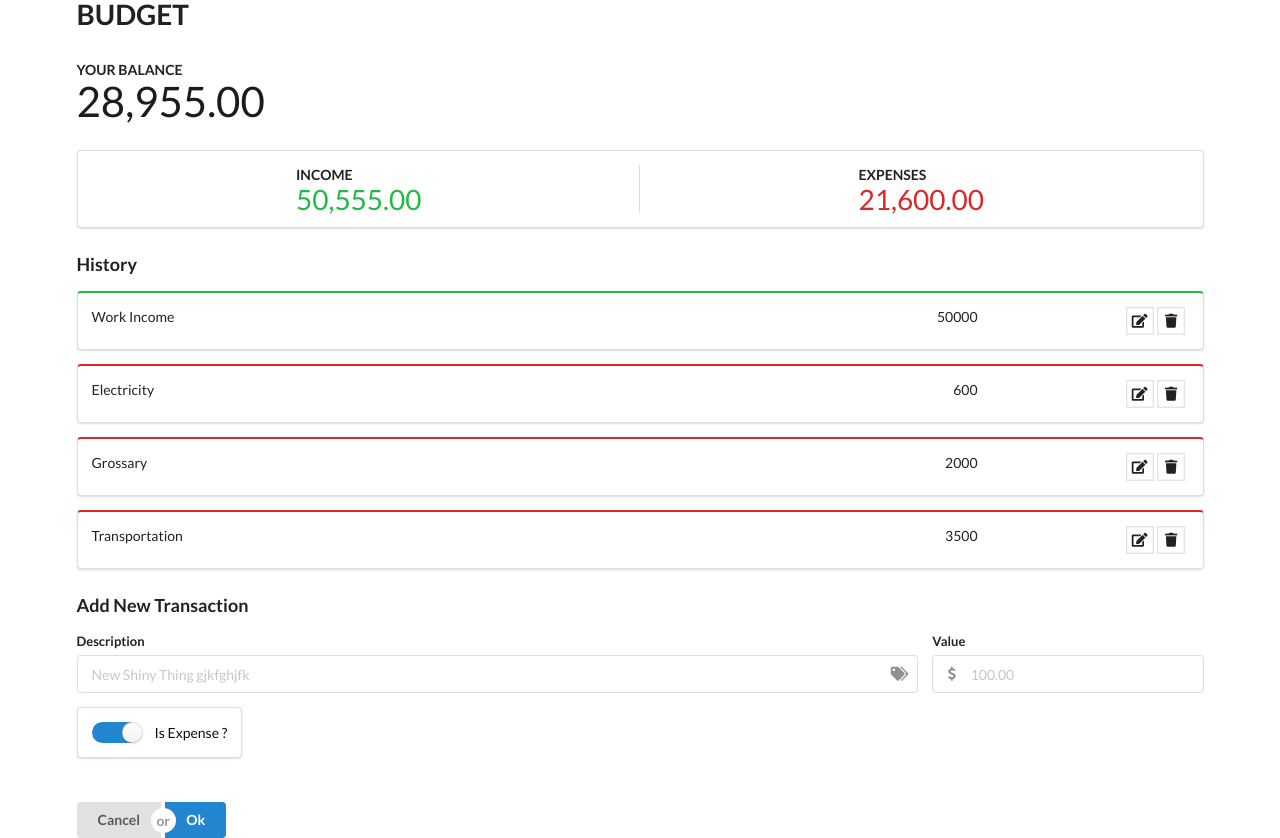
Repository: farrdy/budgets-react
Page: /
An editor plug-in stored every save of this project. The page is shown before and after the next save, followed by the edit.
The browser window is 1280 px wide. The pictures show the whole page.
The project was rebuilt for these pictures with package versions that can differ from the ones it lists, and the page was loaded fresh each time. Also part of the build but not shown: src/components/ModalEdit.js.

Above is the page before, as saved 2022-03-20 20:20:23.

### src/App.js
import {Container, Header } from 'semantic-ui-react';
import MainHeader from './components/MainHeader';
import NewEntryForm from './components/NewEntryForm';
import DisplayBalance from './components/DisplayBalance'
import DisplayBalances from './components/DisplayBalances';
import { useState } from 'react';
import EntryLines from './components/EntryLines';
import ModalEdit from './components/ModalEdit';

function App() {

 const [entries, setEntries]=useState(initialEntries)

 function deleteEntry(id) {
  const result=entries.filter(entry=>entry.id!==id)
  setEntries(result);
}
function addEntry(Description, Value, isExpense){
  const result=  entries.concat({id: entries.length+1,
     Description:Description,
     Value:Value,
     isExpense
    });

      console.log(`result`, result);
      console.log(`entries`, entries);
     setEntries(result);
}
  return (
    <Container>
      <MainHeader />
      <DisplayBalance title="Your Balance" Value="28,955.00" Color="black" size="small" />
      <DisplayBalances/>
      <Header as='h3'>History</Header>
      <EntryLines entries={entries} deleteEntry={deleteEntry}/>
      <Header as='h3'>
        Add New Transaction
      </Header>
      <NewEntryForm addEntry={addEntry} />
    </Container>

  );
}

export default App;

var initialEntries=[
  {
    id:1,
    Description:'Work Income',
    Value:"50000" ,
    isExpense:false
  },
  {
    id:2,
    Description:'Electricity',
    Value:"600" ,
    isExpense:true
  },
  {
    id:3,
    Description:'Grossary',
    Value:"2000" ,
    isExpense:true
  },
  {
    id:4,
    Description:'Transportation',
    Value:"3500" ,
    isExpense:true
  }
]

### src/components/MainHeader.js
import React from 'react';
import { Header } from 'semantic-ui-react';

function MainHeader(props) {
    return <Header as='h1'>BUDGET</Header>
}

export default MainHeader;

### src/components/NewEntryForm.js
import React, { useState } from 'react';
import { Checkbox, Form, Segment } from 'semantic-ui-react';
import ButtonSaveOrCancel from './ButtonSaveOrCancel';

function NewEntryForm({addEntry}) {
const [Description, setDescription] = useState('');
const [Value, setValue] = useState('');
const [isExpense, setIsExpense] = useState(true)

    return (

        <Form unstackable >
            <Form.Group>
                <Form.Input
                    icon='tags'
                    width={12}
                    label='Description'
                    placeholder='New Shiny Thing gjkfghjfk'
                    value={Description}
                    onChange={(event)=>setDescription(event.target.value)}
                />
                <Form.Input
                    icon='dollar'
                    width={4}
                    label='Value'
                    iconPosition='left'
                    placeholder='100.00'
                    value={Value}
                    onChange={(event)=>setValue(event.target.value)}
                />
            </Form.Group>
            <Segment compact>
                <Checkbox
                 toggle label='Is Expense ?'
                 checked={isExpense}
                 onChange={()=>setIsExpense(oldState=>!oldState)}
                 />
            </Segment>
            <ButtonSaveOrCancel addEntry={addEntry}  Description={Description} Value={Value} isExpense={isExpense}/>

        </Form>

    );
}

export default NewEntryForm;

### src/components/DisplayBalance.js
import React from 'react';
import { Statistic } from 'semantic-ui-react'

function DisplayBalance({ title, Value, Color = "black", size = 'tiny' }) {
    return (
        <Statistic size={size} color={Color}>
            <Statistic.Label style={{ textAlign: 'left' }}>
                {title}
            </Statistic.Label>
            <Statistic.Value>
                {Value}
            </Statistic.Value>

        </Statistic>
    );
}

export default DisplayBalance;

### src/components/DisplayBalances.js
import React from 'react';
import { Grid, Segment } from 'semantic-ui-react';
import DisplayBalance from './DisplayBalance';

const DisplayBalances = () => {
    return (
        <Segment textAlign='center'>
        <Grid columns={2} divided>
          <Grid.Row>
            <Grid.Column>
              <DisplayBalance title="Income" Value="50,555.00" Color="green" />
            </Grid.Column>
            <Grid.Column>
              <DisplayBalance title="Expenses" Value="21,600.00" Color="red" /></Grid.Column>
          </Grid.Row>
        </Grid>
      </Segment>
    );
};

export default DisplayBalances;

### src/components/EntryLines.js
import React from 'react';
import { Container } from 'semantic-ui-react';
import EntryLine from './EntryLine';

const EntryLines = ({entries, deleteEntry}) => {
    return (
      <Container>
            {entries.map((entry)=>
            <EntryLine
                key={entry.id}
               {...entry}
               deleteEntry= {deleteEntry}

            />
            )}
      </Container>
    );
};

export default EntryLines;

### src/components/ButtonSaveOrCancel.js
import React from 'react';
import { Button } from 'semantic-ui-react';

function ButtonSaveOrCancel({addEntry, Description, Value, isExpense}) {
    return (
        <Button.Group style={{ marginTop: 30 }}>
            <Button>Cancel</Button>
            <Button.Or></Button.Or>
            <Button primary onClick={()=>addEntry(Description, Value, isExpense)}>Ok</Button>
        </Button.Group>
    );
}

export default ButtonSaveOrCancel;

### src/components/EntryLine.js
import React from 'react';
import { Grid, Icon, Segment } from 'semantic-ui-react';

const EntryLine = ({id, Description, Value, isExpense=false, deleteEntry}) => {
    return (
        <Segment color={isExpense? 'red':'green'}>
        <Grid columns={3} textAlign='right'>
          <Grid.Row>
            <Grid.Column width={10} textAlign='left'>{Description}</Grid.Column>
            <Grid.Column width={3} textAlign='right'>{Value}</Grid.Column>
            <Grid.Column width={3}>
              <Icon name='edit' bordered />
              <Icon name='trash' bordered onClick={()=>deleteEntry(id)} />
            </Grid.Column>
          </Grid.Row>
        </Grid>
      </Segment>
    );
};

export default EntryLine;

Loaded but not shown: public/index.html (common file); src/index.js (common file); src/index.css (common file); src/reportWebVitals.js (common file)

After the next save:
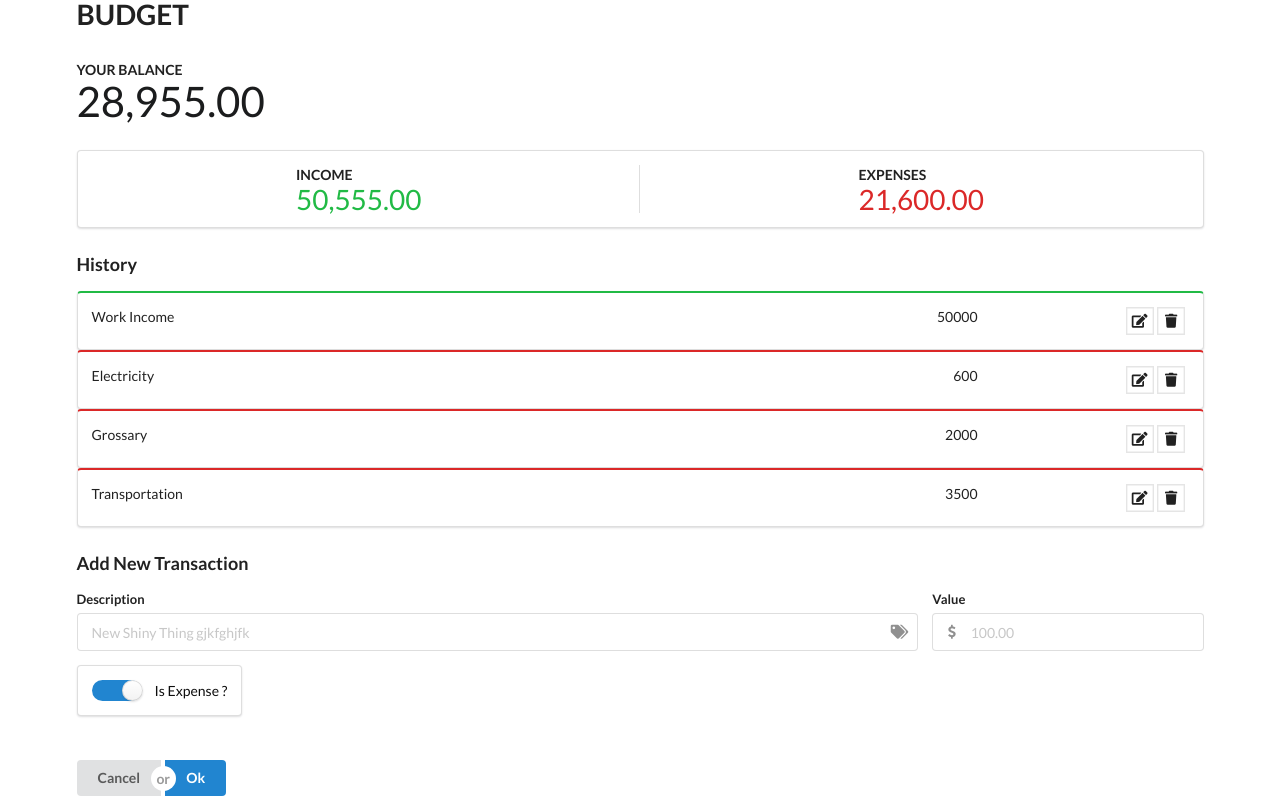
Saved 20 s later.
--- a/src/components/EntryLine.js
+++ b/src/components/EntryLine.js
@@ -1,9 +1,9 @@
 import React from 'react';
-import { Grid, Icon, Segment } from 'semantic-ui-react';
+import { Container, Grid, Icon, Segment } from 'semantic-ui-react';
 
 const EntryLine = ({id, Description, Value, isExpense=false, deleteEntry}) => {
     return (
-        <Segment color={isExpense? 'red':'green'}>
+      <Container>        <Segment color={isExpense? 'red':'green'}>
         <Grid columns={3} textAlign='right'>
           <Grid.Row>
             <Grid.Column width={10} textAlign='left'>{Description}</Grid.Column>
@@ -15,6 +15,8 @@
           </Grid.Row>
         </Grid>
       </Segment>
+      </Container>
+
     );
 };
 

After the save that followed:
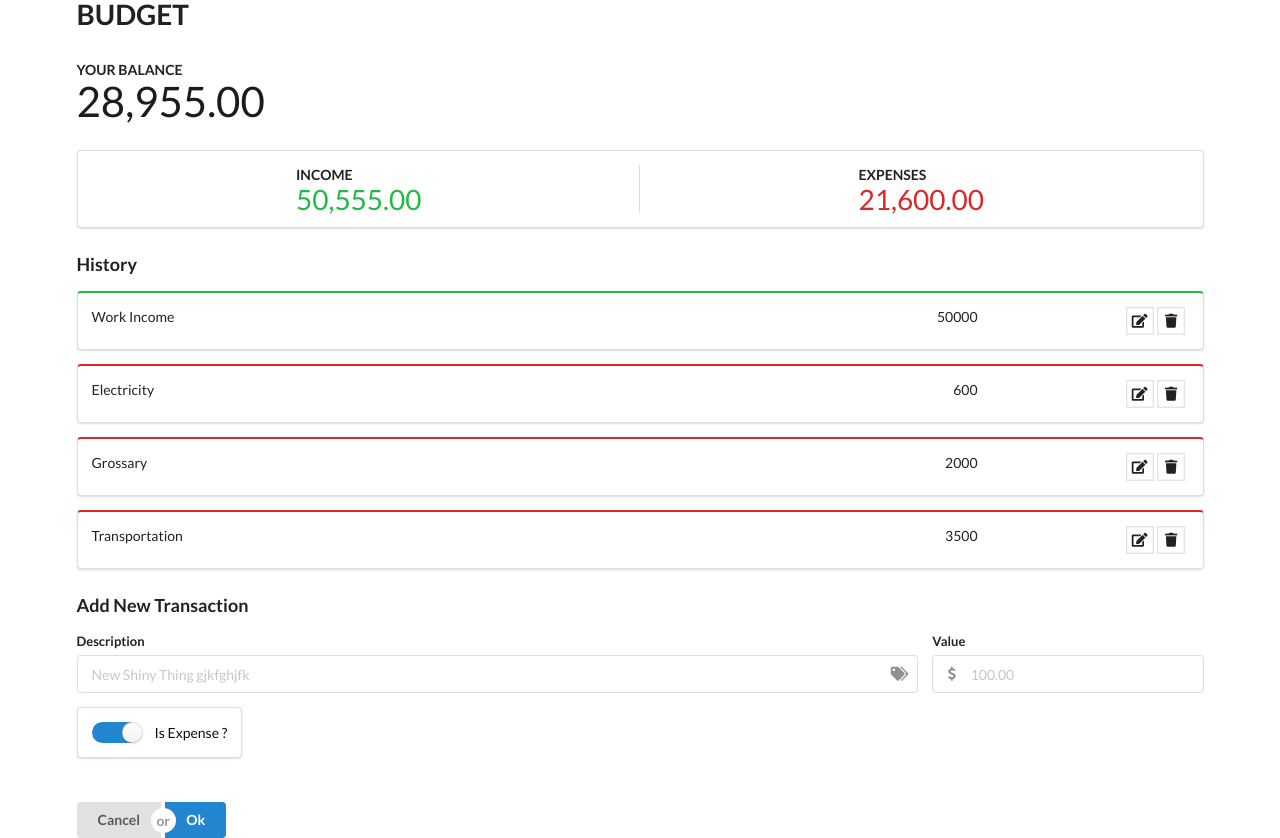
Saved 18 s later.
--- a/src/components/EntryLine.js
+++ b/src/components/EntryLine.js
@@ -3,7 +3,7 @@
 
 const EntryLine = ({id, Description, Value, isExpense=false, deleteEntry}) => {
     return (
-      <Container>        <Segment color={isExpense? 'red':'green'}>
+      <>        <Segment color={isExpense? 'red':'green'}>
         <Grid columns={3} textAlign='right'>
           <Grid.Row>
             <Grid.Column width={10} textAlign='left'>{Description}</Grid.Column>
@@ -15,7 +15,7 @@
           </Grid.Row>
         </Grid>
       </Segment>
-      </Container>
+      </>
 
     );
 };
